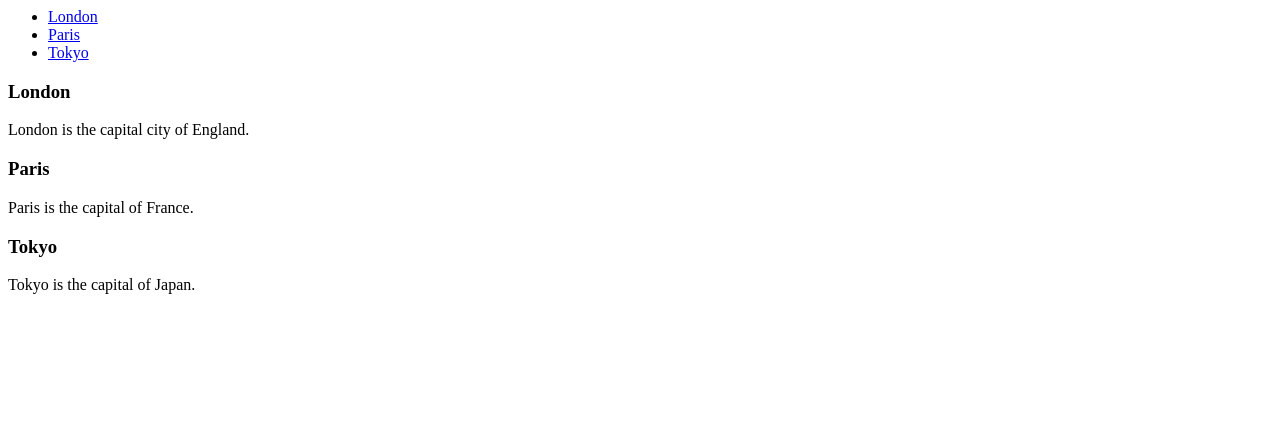
Repository: iancwwong/DigitalBibliographicalLibrary
Page: http://localhost/DigitalBibliographicLibrary/include/advancedsearch.jsp
These files come from the project's save history. The page is drawn as it stood at one moment and after the next save; the edit follows.
The browser window is 1280 px wide. The pictures show the whole page.
The page is served by Tomcat 9. Other server files are loaded and not shown.

Above is the page before, as saved 2016-08-29 23:50:00.

### DigitalBibliographicLibrary/WebContent/include/advancedsearch.jsp
<div class="container">

	<ul class="tab">
		<li><a href="#" class="tablinks" onclick="openCity(event, 'London')">London</a></li>
		<li><a href="#" class="tablinks" onclick="openCity(event, 'Paris')">Paris</a></li>
		<li><a href="#" class="tablinks" onclick="openCity(event, 'Tokyo')">Tokyo</a></li>
	</ul>

	<div id="London" class="tabcontent">
		<h3>London</h3>
		<p>London is the capital city of England.</p>
	</div>

	<div id="Paris" class="tabcontent">
		<h3>Paris</h3>
		<p>Paris is the capital of France.</p>
	</div>

	<div id="Tokyo" class="tabcontent">
		<h3>Tokyo</h3>
		<p>Tokyo is the capital of Japan.</p>
	</div>

</div>

After the next save:
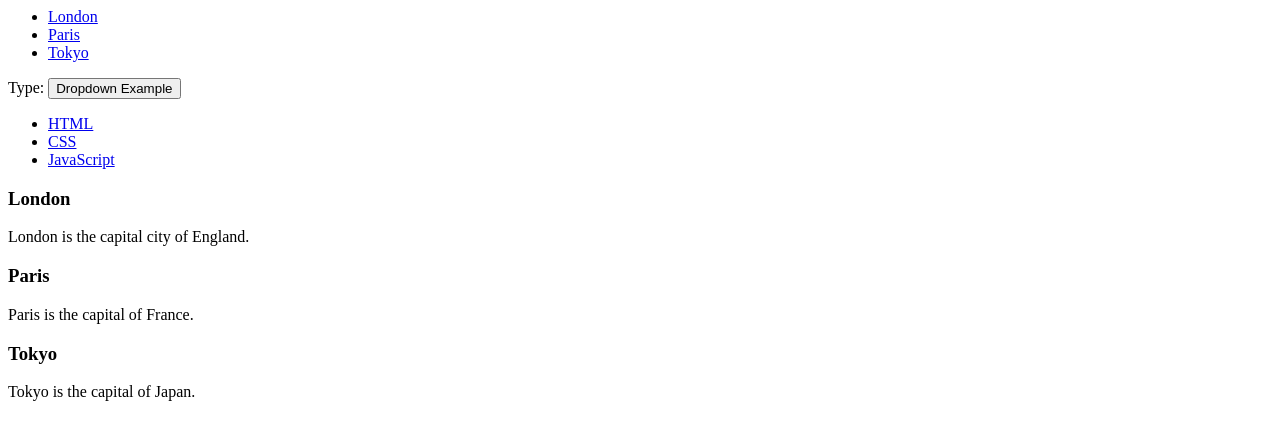
Saved 8 min 58 s later.
--- a/DigitalBibliographicLibrary/WebContent/include/advancedsearch.jsp
+++ b/DigitalBibliographicLibrary/WebContent/include/advancedsearch.jsp
@@ -5,6 +5,17 @@
 		<li><a href="#" class="tablinks" onclick="openCity(event, 'Paris')">Paris</a></li>
 		<li><a href="#" class="tablinks" onclick="openCity(event, 'Tokyo')">Tokyo</a></li>
 	</ul>
+
+	<div class="dropdown">
+		Type:
+		<button class="btn btn-default dropdown-toggle" type="button" data-toggle="dropdown">Dropdown Example
+		<span class="caret"></span></button>
+		<ul class="dropdown-menu">
+			<li><a href="#">HTML</a></li>
+			<li><a href="#">CSS</a></li>
+			<li><a href="#">JavaScript</a></li>
+		</ul>
+	</div>
 
 	<div id="London" class="tabcontent">
 		<h3>London</h3>
